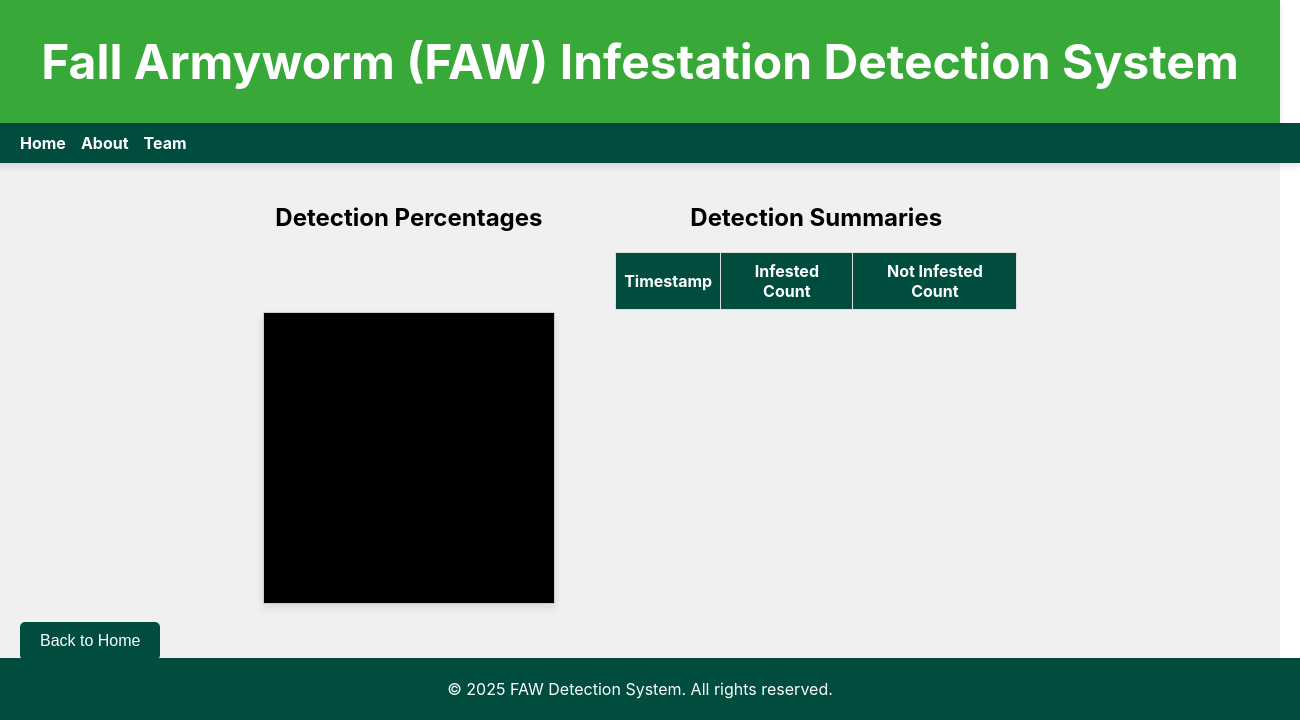
Repository: jansen223/faw-detection-main
Page: /summary
An editor plug-in stored every save of this project. The page is shown before and after the next save, followed by the edit.
The browser window is 1280 px wide. The page is 1300 px wide, so the pictures cover 1300 px, including what lies to the right of the window. The pictures show the whole page.
The page's requests for data from a server got no answer. The project was rebuilt for these pictures with package versions that can differ from the ones it lists, and the page was loaded fresh each time. No one was signed in, and anything a server would have sent is missing. Also part of the build but not shown: src/pages/Home.js, src/pages/About.css, src/pages/About.js, src/pages/Team.css, src/pages/Team.js.

Above is the page before, as saved 2025-04-10 17:05:35.

After the next save:
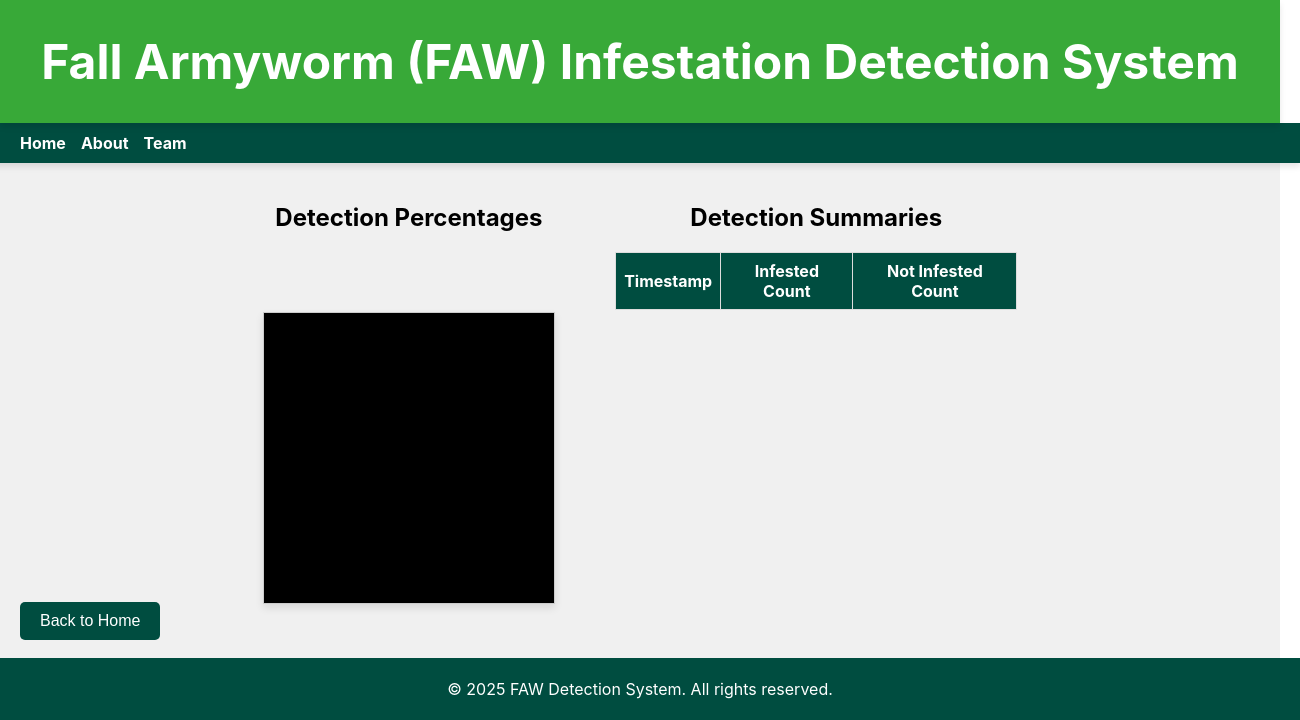
Saved 7 s later.
--- a/src/pages/Summary.css
+++ b/src/pages/Summary.css
@@ -52,7 +52,7 @@
 
 .back-button {
   position: absolute; /* Position the button absolutely */
-  bottom: 60px; /* Distance from the bottom of the page */
+  bottom: 80px; /* Distance from the bottom of the page */
   left: 20px; /* Distance from the left of the page */
   padding: 10px 20px;
   background-color: #004d40;
